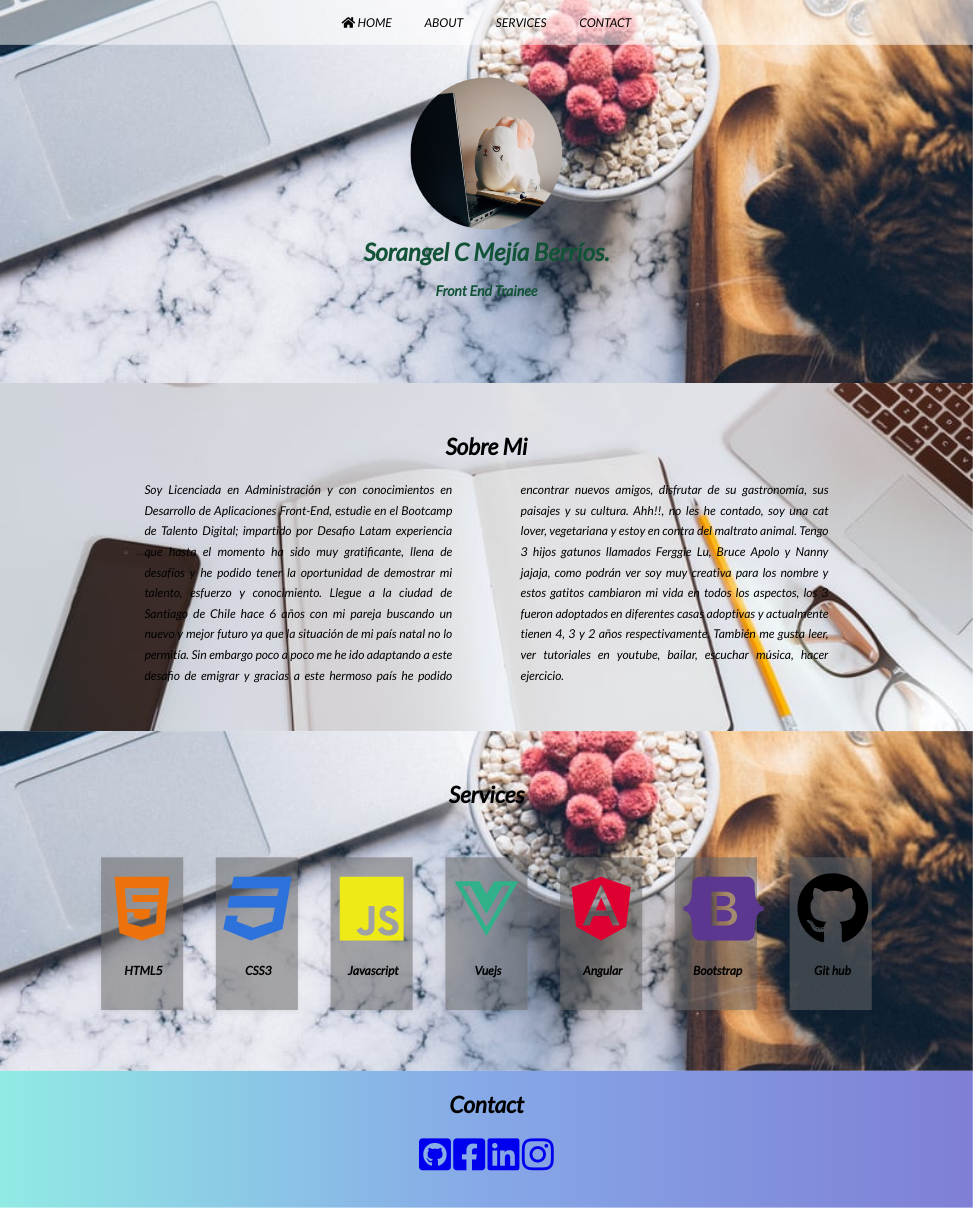
Repository: sory2311/portfolio-css
Page: index.html
These files come from the project's save history. The page is drawn as it stood at one moment and after the next save; the edit follows.
The browser window is 1280 px wide. The pictures show the whole page, at 76% of full size.
Backgrounds fixed to the window are drawn as part of the page. Some web libraries are served in a nearby version.

Above is the page before, as saved 2021-05-27 19:15:25.

### index.html
<!DOCTYPE html>
<html lang="en">
  <head>
    <meta charset="UTF-8" />
    <meta name="viewport" content="width=device-width, initial-scale=1.0" />
    <title>Document</title>
    <link
      rel="stylesheet"
      href="https://cdnjs.cloudflare.com/ajax/libs/font-awesome/5.14.0/css/all.min.css"
    />
    <link
      href="https://fonts.googleapis.com/css2?family=Lato:ital@1&display=swap"
      rel="stylesheet"
    />
    <link rel="stylesheet" href="./css/style.css" />
  </head>

  <body>
    <nav class="sidebar">
      <a href="#home" class="sidebar-item"><i class="fas fa-home"></i> Home</a>
      <a href="#about" class="sidebar-item">About</a>
      <a href="#services" class="sidebar-item">Services</a>
      <a href="#contact" class="sidebar-item">Contact</a>
      <a href="javscript:void(0)" class="close"><i class="fa fa-times"></i></a>
    </nav>
    <a href="javscript:void(0)" class="open"><i class="fa fa-bars"></i></a>

    <!--aqui comienza el home-->
    <header id="home">
      <img src="./img/avatar2.jpeg" alt="Mi foto" class="avatar" />
      <h1 class="header-name">Sorangel C Mejía Berríos.</h1>
      <h3 class="header-title">Front End Trainee</h3>
    </header>

    <!--aqui comienza el acerca de:-->
    <section id="about">
      <div class="container">
        <h1 class="section-title">Sobre Mi</h1>
        <p class="about-content">
          Soy Licenciada en Administración y con conocimientos en Desarrollo de Aplicaciones Front-End,
          estudie en el Bootcamp de Talento Digital; impartido por Desafio Latam
          experiencia que hasta el momento ha sido muy gratificante, llena de
          desafíos y he podido tener la oportunidad de demostrar mi
          talento, esfuerzo y conocimiento. Llegue a la ciudad de Santiago de Chile hace 6 años con mi pareja buscando un nuevo y mejor futuro
          ya que la situación de mi país natal no lo permitía. Sin embargo poco a poco me he ido adaptando a
          este desafio de emigrar y gracias a este hermoso país he podido encontrar nuevos amigos, disfrutar
          de su gastronomía, sus paisajes y su cultura.
          Ahh!!, no les he contado, soy una cat lover, vegetariana y estoy en contra del maltrato animal.
                    Tengo 3 hijos gatunos llamados Ferggie Lu, Bruce Apolo y Nanny jajaja, como podrán ver soy muy
                    creativa para los nombre y estos gatitos cambiaron mi vida en todos los aspectos, los 3
                    fueron
                    adoptados en diferentes casas adoptivas y actualmente tienen 4, 3 y 2 años respectivamente.
                    También me gusta leer, ver tutoriales en youtube, bailar, escuchar música, hacer
                    ejercicio.
        </p>
      </div>
    </section>
    <!--aqui comienza el servicios-->
    <section id="services">
      <div class="container">
        <h1 class="section-title">Services</h1>
        <div class="card">
          <i class="fab fa-html5 fa-6x icon-html5"></i>
          <div class="container">
            <h4 class="title">HTML5</h4>
          </div>
        </div>
        <div class="card">
          <i class="fab fa-css3 fa-6x icon-css3"></i>
          <div class="container">
            <h4 class="title">CSS3</h4>
          </div>
        </div>
        <div class="card">
          <i class="fab fa-js fa-6x icon-js"></i>
          <div class="container">
            <h4 class="title">Javascript</h4>

          </div>
        </div>
        <div class="card">
                <i class="fab fa-vuejs fa-6x icon-vuejs"></i>
                <div class="container">
                  <h4 class="title">Vuejs</h4>
                </div>
              </div>
              <div class="card">
                <i class="fab fa-angular fa-6x icon-angular"></i>
                <div class="container">
                  <h4 class="title">Angular</h4>

                </div>
              </div>
              <div class="card">
                    <i class="fab fa-bootstrap fa-6x icon-bootstrap"></i>
                    <div class="container">
                      <h4 class="title">Bootstrap</h4>

                    </div>
                  </div>
                  <div class="card">
                        <i class="fab fa-github fa-6x icon-github"></i>
                        <div class="container">
                          <h4 class="title">Git hub</h4>

                        </div>
                      </div>
      </div>
    </section>

    <!--aqui comienza el contacto-->
    <section id="contact">
      <div class="container">
        <h1 class="section-title">Contact</h1>
                  <div class="col-sm-6 footer">

                          <div class="icons-footer">
                              <a href="https://github.com/sory2311/" target='_blank'><i
                                      class="fab fa-github-square fa-3x"></i></a>
                              <a href="https://www.facebook.com/sory.mejiab/" target='_blank'><i
                                class="fab fa-facebook-square fa-3x"></i></a>
                              <a href="https://www.linkedin.com/in/sorangel-mejía-berrios-803b10107/" target='_blank'><i
                                class="fab fa-linkedin fa-3x"></i></a>
                              <a href="https://www.instagram.com/ferbrunny.2102/" target='_blank'><i
                                class="fab fa-instagram fa-3x"></i></a>
                          </div>
                      </div>



      </div>
    </section>

    <script src="./js/main.js"></script>
  </body>
</html>

### css/style.css
body {
   margin: 0;
   font-family: 'Lato';
}
/* aqui comienza el SIDEBAR*/

.sidebar {
    background-color: #ffffff88;
    overflow: hidden;
    position: fixed;
    text-align: center;
    top: 0;
    width: 100%;
    z-index: 3;
}

.sidebar .sidebar-item {
    color: black;
    font-size: 1em;
    padding: 20px;
    margin: 0 auto;
    text-decoration: none;
    text-transform: uppercase;
    display: inline-block;
}

.sidebar .sidebar-item:hover {
    background-color: #cccccc;

}

.sidebar .close {
    color: black;
    display: none;
    font-size: 1em;
    padding: 10px;
    position: absolute;
    top: 0;
    right: 30px;

}
.sidebar .close:hover {
    color: #3e34cc;
}

.open {
    color: #3e34cc;
    display: none;
    font-size: 1em;
    position: absolute;
    right: 12%;
    padding: 10px;
    top: 0;
    z-index: 2;
}
/* aqui TERMINA el SIDEBAR*/

/* aqui COMIENZA el HOME*/

#home {
    width: 100%;
    height: 70vh;
    display: flex;
    flex-direction: column;
    justify-content: center;
    align-items: center;
    background-attachment: fixed;
    background-image: url(../img/fondo/fondo7.jpeg);
    background-position: center center;
    background-size: cover;
}

#home .avatar {
    border-radius: 100px;
    width:200px;
    height:200px;



}
#home .header-name, #home .header-title{
text-align: center;
margin: 10px;
color: rgb(18, 83, 56);
}

/* aqui Termina el HOME*/


/* ---------  aqui COMIENZA el ABOUT*/

#about {
    width: 100%;
    height: auto;
    text-align: center;
    background-attachment: fixed;
    background-image: url(../img/fondo/fondo4.jpeg);
    background-position: center center;
    background-size: cover;

}

#about .container {
    width: 100%;
    max-width: 1200px;
    margin: 0 auto;
    padding-top: 40px;
    padding-bottom: 40px;
}

#about .container .about-content{
    text-align: justify;
    column-count: 2;
    column-gap: 10%;
    margin: 20px auto;
    line-height: 1.7em;
    width: 75%;
}
/* ------------  aqui Termina el ABOUT    */


 /* LA SESION TITLE SE REFERIERE A TODOS NUESTROS H1*/
 .section-title {
     font-size: 30px;
     color: black;
     text-align: center;
 }
 /* LA SESION TITLE SE REFERIERE A TODOS NUESTROS H1*/


/* ------------  aqui COMIENZA el SERVICES   */

 #services {
     width: 100%;
     background-attachment: scroll;
     background-position: center center;
     background-size: cover;
     background-image: url(../img/fondo/fondo7.jpeg);
 }

 #services .container{
    width: 100%;
    max-width: 1200px;
    margin: 0 auto;
    text-align: center;
    padding-top: 40px;
    padding-bottom: 40px;
 }

 #services .container .card{
     background-color: #66666688;
     box-shadow: 0 4px 8px 0 #00000011;
     display: inline-block;
     margin: 40px 20px;
     padding: 20px 10px;
     width: 88px;
     text-align: center;
 }

 #services .container .card .container{
     padding: 2px;
     text-align: center;
 }

 #services .container .card .container h4,
 #services .container .card .container p {
    text-align: center;
    display: block;
 }

 #services .container .card .icon-html5 {
color: rgb(238, 114, 12)
 }

 #services .container .card .icon-css3 {
     color: rgb(45, 114, 218)
}
#services .container .card .icon-js {
    color: rgb(238, 234, 24)
}

#services .container .card .icon-vuejs {
    color: #31b189;
}

#services .container .card .icon-bootstrap {
    color: #5b3791fb;
}
#services .container .card .icon-angular {
    color: #DD0031;
}

/* ------------  aqui COMIENZA el CONTACTOS   */
#contact {
    width: 100%;
    height: 25vh;
    text-align: center;
    background-attachment: fixed;
    background: #7F7FD5;  /* fallback for old browsers */
    background: -webkit-linear-gradient(to right, #91EAE4, #86A8E7, #7F7FD5);  /* Chrome 10-25, Safari 5.1-6 */
    background: linear-gradient(to right, #91EAE4, #86A8E7, #7F7FD5); /* W3C, IE 10+/ Edge, Firefox 16+, Chrome 26+, Opera 12+, Safari 7+ */
    display: flex;
    flex-direction: column;



    /*background-image: url(../img/fondo/fondo3.jpeg);
    background-position: center center;
    background-size: cover;*/
}






/*PARA TRABAJAR CON MEDIA QUERIES*/

@media only screen and (min-width: 375px) and (max-width: 410px) {
    #home .avatar {
        width: 50%;
    }

    #about .container .about-content {
        text-align: justify;
        column-count: 1;
        margin: 20px auto;
        line-height: 1.7em;
        width: 75%;
    }

}

@media only screen and (min-width: 411px) and (max-width: 767px) {
    .sidebar {
        background-color: #3e34cc;
        height: 100%;
        padding-top: 40px;
        position: fixed;
        overflow-x: hidden;
        text-align: center;
        top: 0;
        transition: .5s;
        width: 0;
        z-index: 3;
    }

    .sidebar .sidebar-item {
        padding: 10px 0;
        margin: 0 auto;
        text-decoration: none;
        color: #fff;
        font-size: .8em;
        text-transform: uppercase;
        display: block;
        transition: .5s;
    }

    .sidebar .close {
        display: block;
        z-index: 3;
    }

    .open {
        display: block;
        font-size: 1em;
        z-index: 2;
    }

    #home .avatar {
        width: 75%;
    }

    #about .container .about-content {
        text-align: justify;
        column-count: 1;
        margin: 20px auto;
        line-height: 1.7em;
        width: 75%;
    }



}

@media only screen and (min-width: 768px) and (max-width: 1024px) {

    .sidebar {
        background-color: #3e34cc;
        height: 100%;
        padding-top: 40px;
        position: fixed;
        overflow-x: hidden;
        text-align: center;
        top: 0;
        transition: .5s;
        width: 0;
        z-index: 3;
    }

    .sidebar .sidebar-item {
        padding: 10px 0;
        margin: 0 auto;
        text-decoration: none;
        color: #fff;
        font-size: .8em;
        text-transform: uppercase;
        display: block;
        transition: .5s;
    }

    .sidebar .close {
        display: block;
        z-index: 3;
    }

    .open {
        position: fixed;
        display: block;
        font-size: 1em;
        z-index: 2;
    }

    #home .avatar {
        width: 300px;
    }
}

Loaded but not shown: js/main.js (no copy from this time; the picture is the same without it)

After the next save:
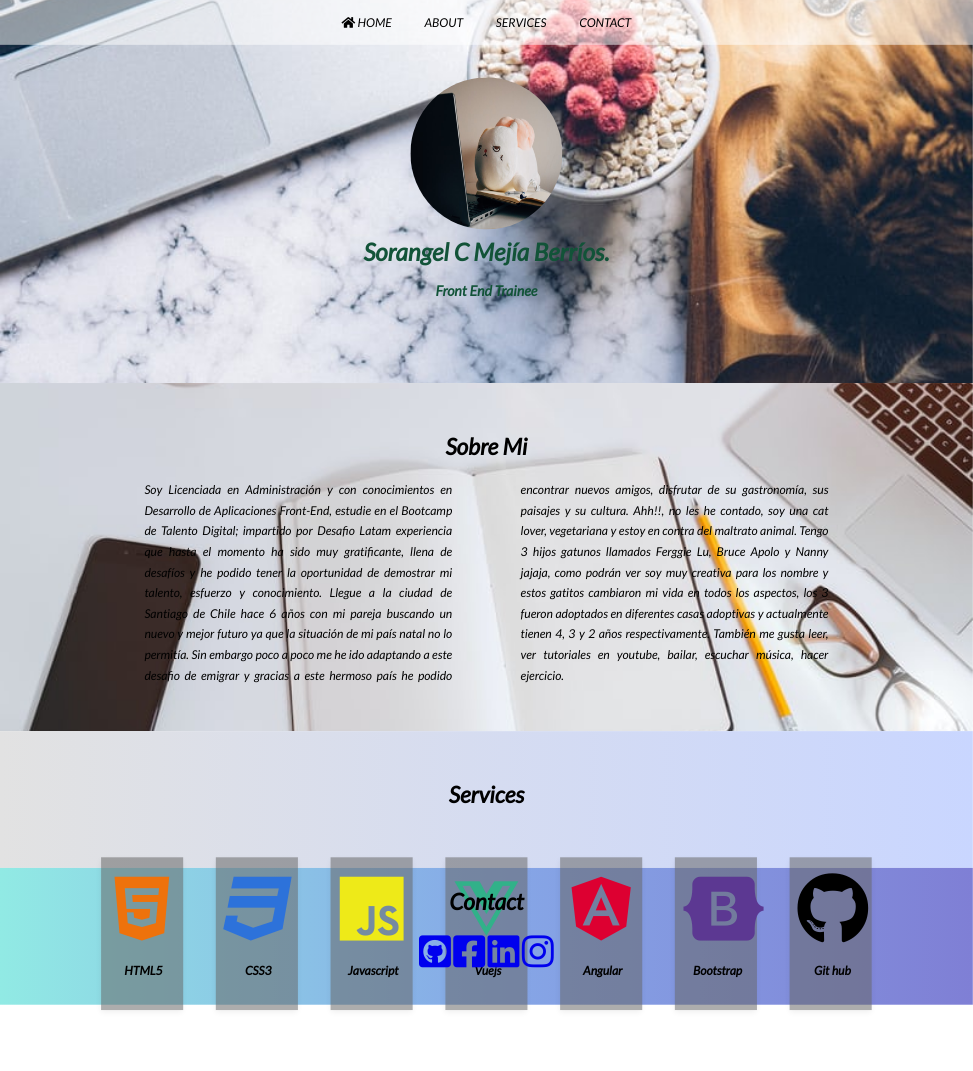
Saved 3 h 49 min later.
--- a/css/style.css
+++ b/css/style.css
@@ -131,11 +131,17 @@
 /* ------------  aqui COMIENZA el SERVICES   */
 
  #services {
-     width: 100%;
+    width: 100%;
+    height: 25vh;
      background-attachment: scroll;
      background-position: center center;
      background-size: cover;
-     background-image: url(../img/fondo/fondo7.jpeg);
+    background-attachment: fixed;
+    background: #C9D6FF;  /* fallback for old browsers */
+    background: -webkit-linear-gradient(to right, #E2E2E2, #C9D6FF);  /* Chrome 10-25, Safari 5.1-6 */
+    background: linear-gradient(to right, #E2E2E2, #C9D6FF); /* W3C, IE 10+/ Edge, Firefox 16+, Chrome 26+, Opera 12+, Safari 7+ */
+    display: flex;
+    flex-direction: column;
  }
 
  #services .container{
